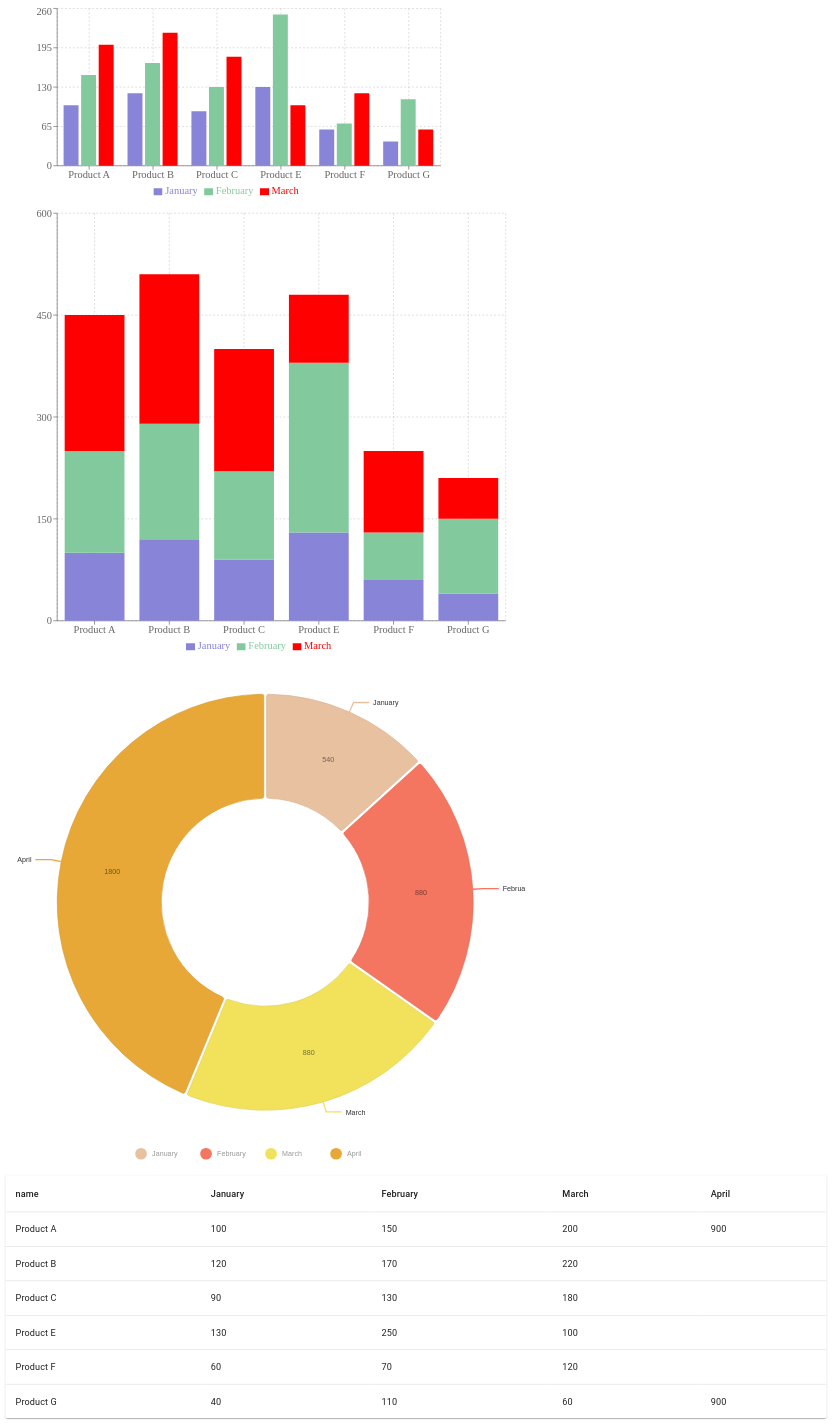
Repository: sagarjain738/test
Page: /
These files come from the project's save history. The page is drawn as it stood at one moment and after the next save; the edit follows.
The browser window is 1280 px wide. The pictures show the whole page, at 65% of full size.
The project was rebuilt for these pictures with package versions that can differ from the ones it lists, and the page was loaded fresh each time. Also part of the build but not shown: vite.config.js, src/App.css, src/index.css.

Above is the page before, as saved 2024-01-20 23:17:57.

After the next save:
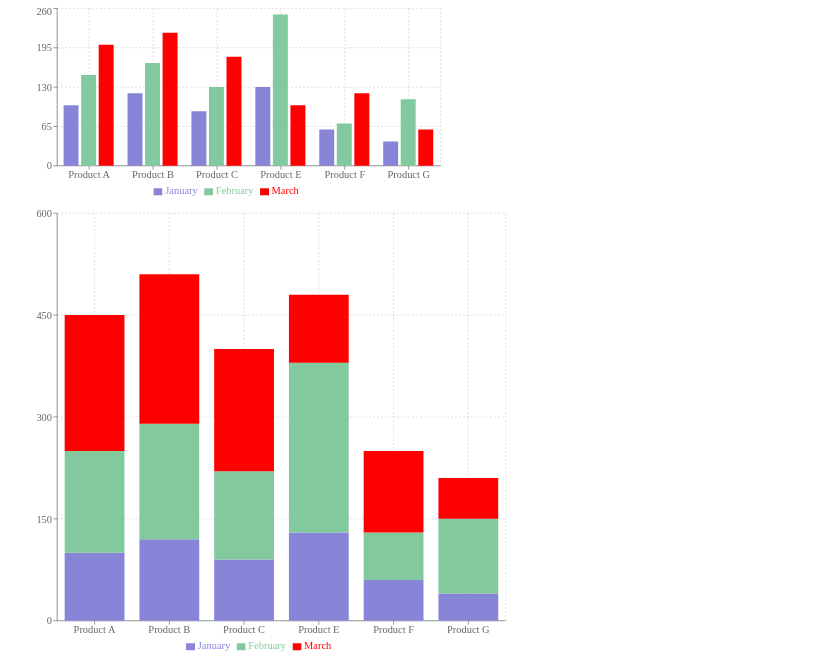
Saved 18 s later.
--- a/src/App.jsx
+++ b/src/App.jsx
@@ -13,8 +13,8 @@ function App() {
     <>
       <FirstChart records={firstRecord} />
       <SecondChart records={firstRecord} />
-      <TotalPieChart records={total} />
-      <BasicTable records={firstRecord} />
+      {/* <BasicTable records={firstRecord} /> */}
+      {/* <TotalPieChart records={total} /> */}
     </>
   );
 }
